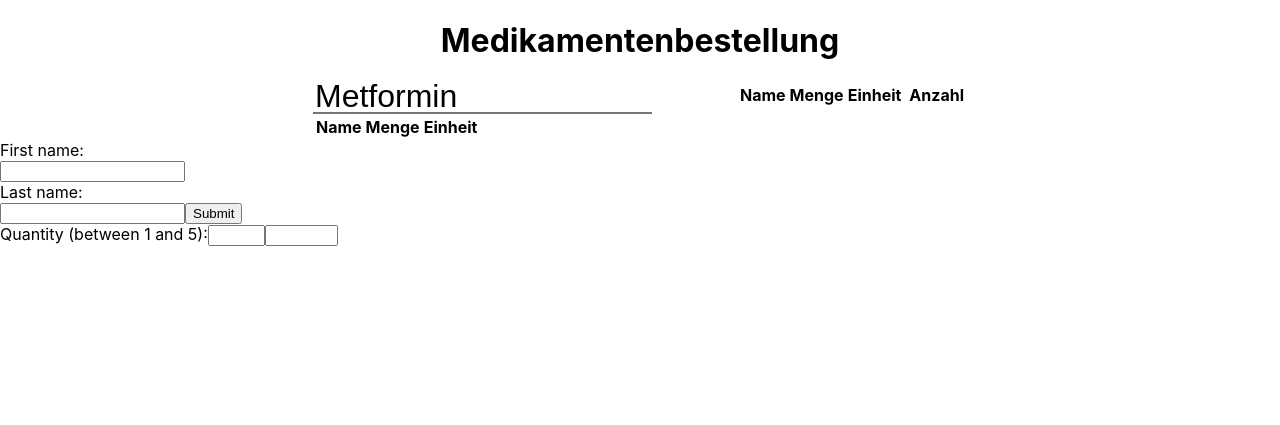
Repository: Esatollah/MedDemo
Page: / (app in client/)
The author's editor kept a copy of each file at every save. The page is drawn from the files as they stood at one save, then again after the next save.
The browser window is 1280 px wide. The pictures show the whole page.
The page's requests for data from a server got no answer. The project was rebuilt for these pictures with package versions that can differ from the ones it lists, and the page was loaded fresh each time. No one was signed in, and anything a server would have sent is missing. Also part of the build but not shown: client/src/App.css.

Above is the page before, as saved 2022-06-02 16:32:24.

### client/src/App.js
import './App.css';
import SearchBar from './components/Search';
function App() {
  return (
    <div>
      <SearchBar></SearchBar>
    </div>
  );
}

export default App;

### client/src/components/Search.jsx
import React, {useState, useEffect} from 'react'
import DrugAPI from '../api/DrugAPI';
import Form from './Form';
// import Cart from './Cart';
import './Search.css'


const Search = () => {
  const [searchinput, setSearchinput] = useState("Metformin");
  const [drugs, setDrugs] = useState([]);
  const [cartitems, setCartitems] = useState([]);

  // add loading screen, maybe with loading while drugs empty
  useEffect(() => {
    const fetchData = async () => {
      try {
        const result = await DrugAPI.get(`/?drugsearch=${searchinput}`)
        setDrugs(result.data.meds)
      } catch (err) {
        console.error(err);
      }
    }

    fetchData();

  }, [searchinput])

  const handleDrugClick = (e, x) => {
    console.log(x);
    setCartitems([...cartitems, x]);
  }

  const handleDelete = (e, x, index) => {
    let temp = [...cartitems]
    console.log(index)

    temp.splice(index, 1);

    console.log(temp)
    setCartitems(temp);
  }

  return (
    <>
        <h1>Medikamentenbestellung</h1>
        <div className='order-box'>
<div className='search-box'>
        <input type="search" placeholder="Suche" id="okhre" value={searchinput} onChange={e => setSearchinput(e.target.value)}/>
        <div className='table-box'>
        <table>
          <thead>
            <tr>
              <th scope='col'>
                Name
              </th>
              <th scope='col'>Menge</th>
              <th scope='col'>Einheit</th>
              <th scope='col'></th>
            </tr>
          </thead>
          <tbody>
            {drugs && drugs.map((x) => {
              return (
                <tr key={x.id} className="drug-row" >
                <td className={x.name}>{x.name}</td>
                <td>{x.menge}</td>
                <td>{x.mengenart}</td>
                <td><button onClick={(e) => {handleDrugClick(e, x)}}>+</ button></td>
                </tr>
              )
            })}
          </tbody>

        </table>
</div>
        </div>

        <table>
          <thead>
            <tr>
              <th scope='col'>
                Name
              </th>
              <th scope='col'>Menge</th>
              <th scope='col'>Einheit</th>
              <th scope='col'></th>
              <th scope='col'>Anzahl</th>
            </tr>
          </thead>
          <tbody>
            {cartitems && cartitems.map((x, index) => {
              if(x.abgabezahl){
              return (
                <tr key={index} className="drug-row" >
                <td>{x.name}</td>
                <td>{x.menge}</td>
                <td>{x.mengenart}</td>
                <td><button onClick={(e) => handleDelete(e,x,index)}>-</button></td>
                <td><select><option value="1">1</option><option value="2">2</option></select></td>
                </tr>
              )
              }
              return (
                <tr key={index} className="drug-row" >
                <td>{x.name}</td>
                <td>{x.menge}</td>
                <td>{x.mengenart}</td>
                <td><button onClick={(e) => handleDelete(e,x,index)}>-</button></td>
                <td>1</td>
                </tr>
              )
            })}
          </tbody>
        </ table>
        </div>

        <Form cartitems={cartitems} setCartitems={setCartitems}/>
    </>
    )
}

export default Search

### client/src/api/DrugAPI.js
import axios from 'axios'

export default axios.create({
    baseURL: "http://localhost:5000/api"
})

### client/src/components/Form.jsx
import React from 'react'

const Form = props => {
  return (
    <div>
        <form>
            <label for="fname">First name:</label><br/>
            <input type="text" id="fname" name="fname" /><br/>
            <label for="lname">Last name:</label><br />
            <input type="text" id="lname" name="lname" />
            <input type="submit" value="Submit"></input><br />
            <label for="quantity">Quantity (between 1 and 5):</label>
            <input type="text" id="pin" name="pin" size="4" maxLength="4"/>
            <input type="text" id="pin" name="pin" size="6" maxLength={6}/>
        </form>
    </div>

  )
}

export default Form

### client/src/components/Search.css
#okhre {
    width:80%;
    height: 2rem;
    outline:none;
    border-top: hidden;
    border-right: hidden;
    border-left: hidden;
    font-size: 2rem;
}

.table-box {
    max-height: 200px;
    max-width: 80%;
    min-width:80%;
    overflow-y: auto;
}

h1 {
    display:flex;
    justify-content: center;
}

.order-box {
    display: flex;
    justify-content: center;
}

.search-box {
    max-width:50%;
}

.drug-row:hover {
    background-color: beige;
}

Loaded but not shown: client/public/index.html (common file); client/src/index.js (common file); client/src/index.css (common file)

After the next save:
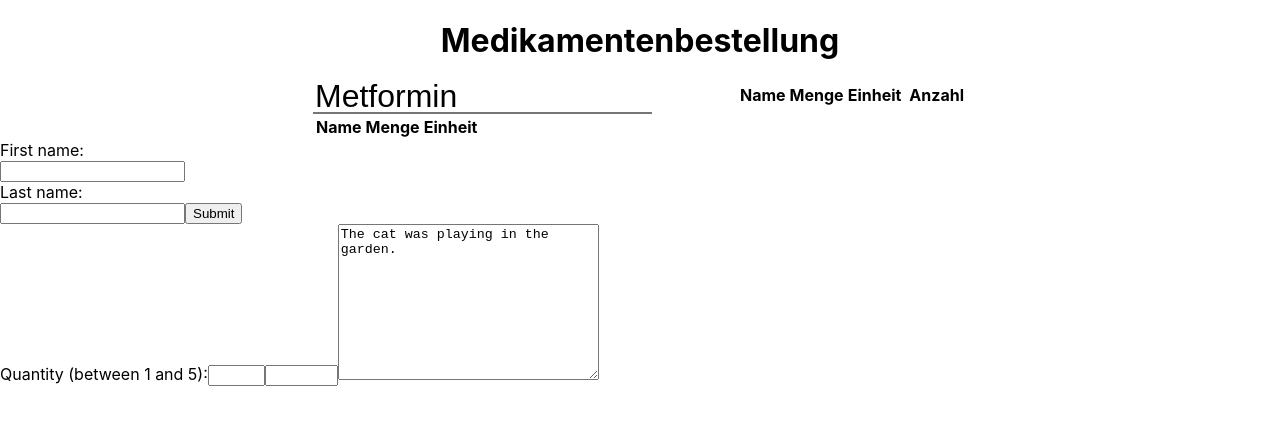
Saved 64 s later.
--- a/client/src/components/Form.jsx
+++ b/client/src/components/Form.jsx
@@ -12,6 +12,9 @@ const Form = props => {
             <label for="quantity">Quantity (between 1 and 5):</label>
             <input type="text" id="pin" name="pin" size="4" maxLength="4"/>
             <input type="text" id="pin" name="pin" size="6" maxLength={6}/>
+            <textarea name="message" rows="10" cols="30">
+            The cat was playing in the garden.
+            </textarea>
         </form>
     </div>
 
